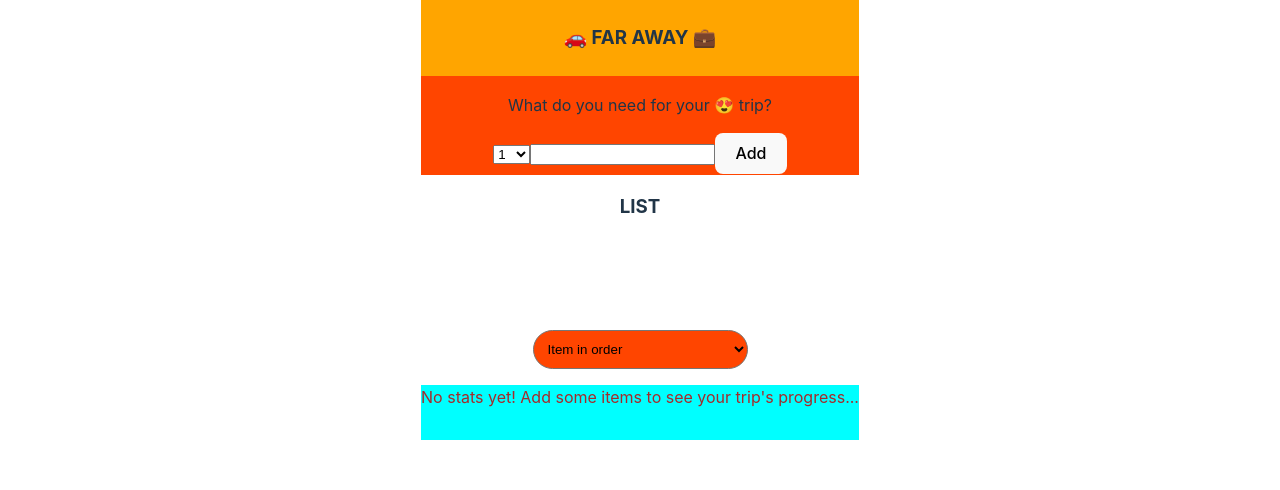
Repository: Celebration-cloud/Trip-Add-To-List
Page: /
An editor plug-in stored every save of this project. The page is shown before and after the next save, followed by the edit.
The browser window is 1280 px wide. The pictures show the whole page.
The project was rebuilt for these pictures with package versions that can differ from the ones it lists, and the page was loaded fresh each time. Also part of the build but not shown: vite.config.js.

Above is the page before, as saved 2023-10-29 16:10:46.

After the next save:
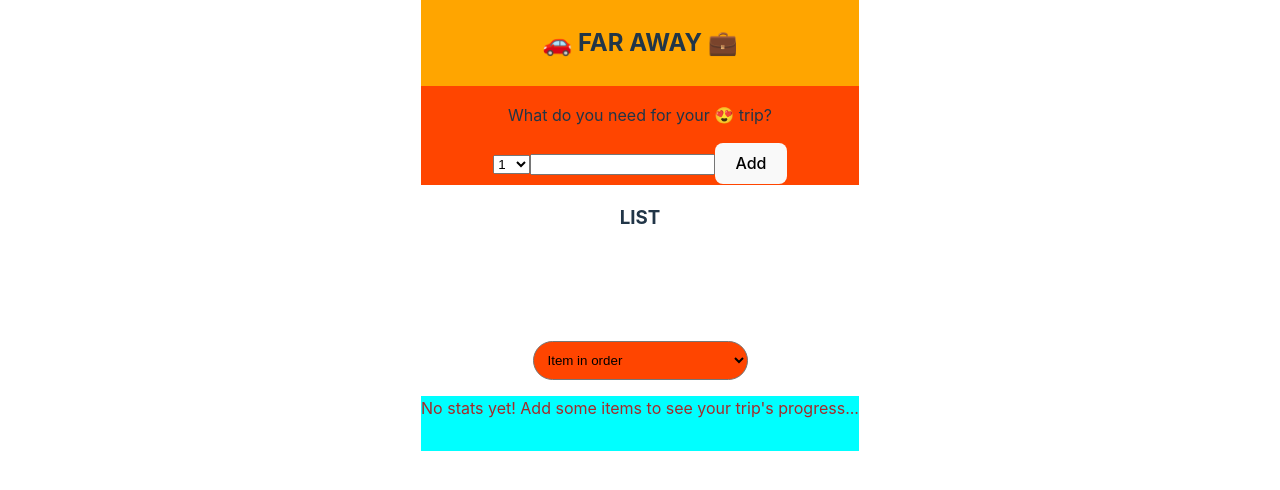
Saved 4 s later.
--- a/src/Trip-List/TripList.jsx
+++ b/src/Trip-List/TripList.jsx
@@ -29,7 +29,7 @@ export default TripList
 function TripHead() {
   return (
     <div style={{backgroundColor: "orange", padding: "5px"}}>
-      <h3 style={{fontFamily: "inherit"}}>🚗 FAR AWAY 💼</h3>
+      <h2 style={{fontFamily: "inherit"}}>🚗 FAR AWAY 💼</h2>
     </div>
   )
 }
